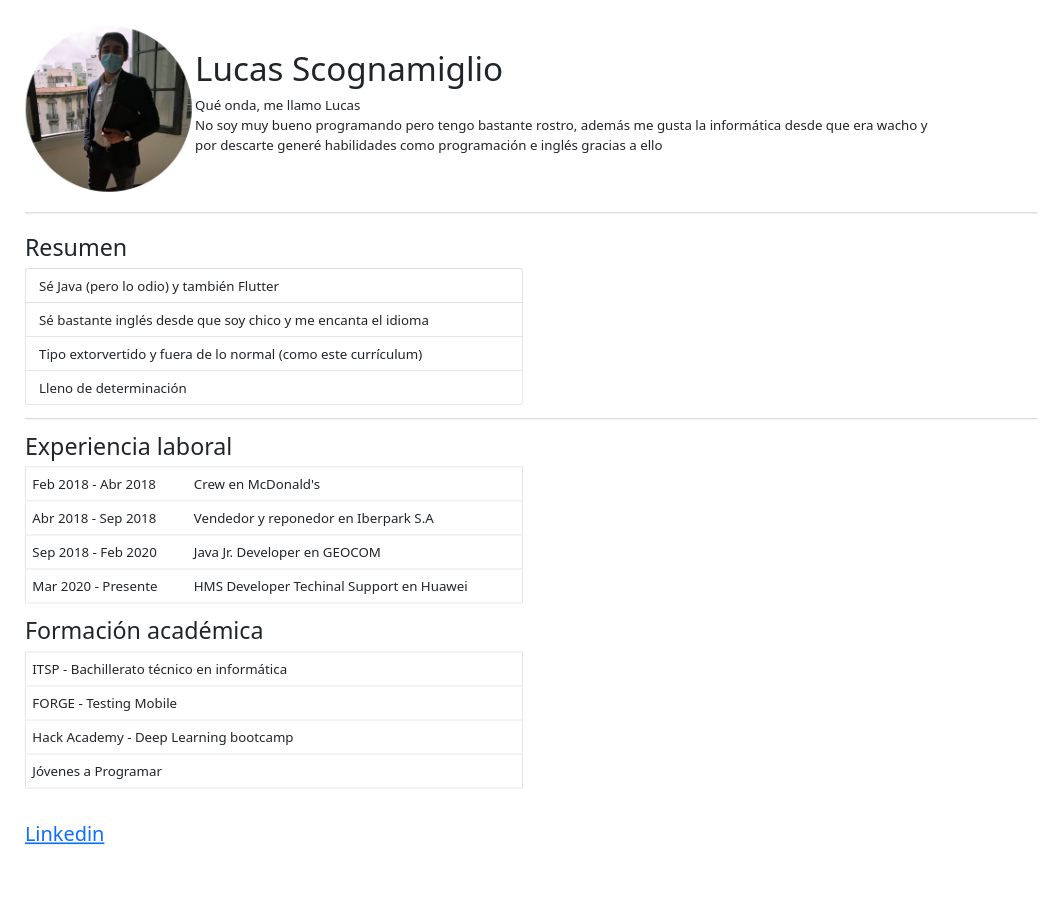
Repository: ScoggoDev/DesarrolloWeb
Page: tarea en equipo 1/cv.html
These files come from the project's save history. The page is drawn as it stood at one moment and after the next save; the edit follows.
The browser window is 1280 px wide. The pictures show the whole page, at 83% of full size.

Above is the page before, as saved 2021-07-12 09:52:37.

### tarea en equipo 1/cv.html
<!DOCTYPE html>
<html>
  <head>
    <meta charset="utf-8">
    <title>CV de Lucas</title>
    <link href="https://cdn.jsdelivr.net/npm/bootstrap@5.0.2/dist/css/bootstrap.min.css" rel="stylesheet" integrity="sha384-EVSTQN3/azprG1Anm3QDgpJLIm9Nao0Yz1ztcQTwFspd3yD65VohhpuuCOmLASjC" crossorigin="anonymous">
    <script src="https://cdn.jsdelivr.net/npm/bootstrap@5.0.2/dist/js/bootstrap.bundle.min.js" integrity="sha384-MrcW6ZMFYlzcLA8Nl+NtUVF0sA7MsXsP1UyJoMp4YLEuNSfAP+JcXn/tWtIaxVXM" crossorigin="anonymous"></script>
  </head>
  <body style="margin: 30px;">
    <table >
      <td><img src="circle-cropped.png" alt="Lucas Scognamiglio" width="200" height="200"></td>
      <td>           </td>
      <td>    <h1>Lucas Scognamiglio</h1>
          <p>Qué onda, me llamo Lucas<br> No soy muy bueno programando pero tengo bastante rostro, además me gusta la informática desde que era wacho y <br>por descarte generé habilidades como programación e inglés gracias a ello <br> </p></td>
    </table>

    <hr class="my-4">
    <h3>Resumen</h3>
    <div style="width: 600px; ">
        <ul class="list-group">
            <li class="list-group-item">Sé Java (pero lo odio) y también Flutter</li>
            <li class="list-group-item">Sé bastante inglés desde que soy chico y me encanta el idioma</li>
            <li class="list-group-item">Tipo extorvertido y fuera de lo normal (como este currículum)</li>
            <li class="list-group-item">Lleno de determinación</li>
          </ul>
    </div>

    <hr>
    <h3>Experiencia laboral</h3>
    <table border="1" class="table" style="width: 600px;">
      <tr>
        <td>Feb 2018 - Abr 2018</td>
        <td>Crew en McDonald's</td>
      </tr>
      <tr>
        <td>Abr 2018 - Sep 2018</td>
        <td>Vendedor y reponedor en Iberpark S.A</td>
      </tr>
      <tr>
        <td>Sep 2018 - Feb 2020</td>
        <td>Java Jr. Developer en GEOCOM</td>
      </tr>
      <tr>
        <td>Mar 2020 - Presente</td>
        <td>HMS Developer Techinal Support en Huawei</td>
      </tr>
    </table>

    <h3>Formación académica</h3>
    <table border="1" class="table" style="width: 600px;">
      <tr>
        <td>ITSP - Bachillerato técnico en informática</td>
      </tr>
      <tr>
        <td>FORGE - Testing Mobile</td>
      </tr>
      <tr>
        <td>Hack Academy - Deep Learning bootcamp</td>
      </tr>
      <tr>
        <td>Jóvenes a Programar</td>
      </tr>
    </table>

    <br>
    <h4><a href="linkedin.com/in/lucas-scognamiglio-71b154162/">Linkedin</a></h4>
    <br>
  </body>
</html>

After the next save:
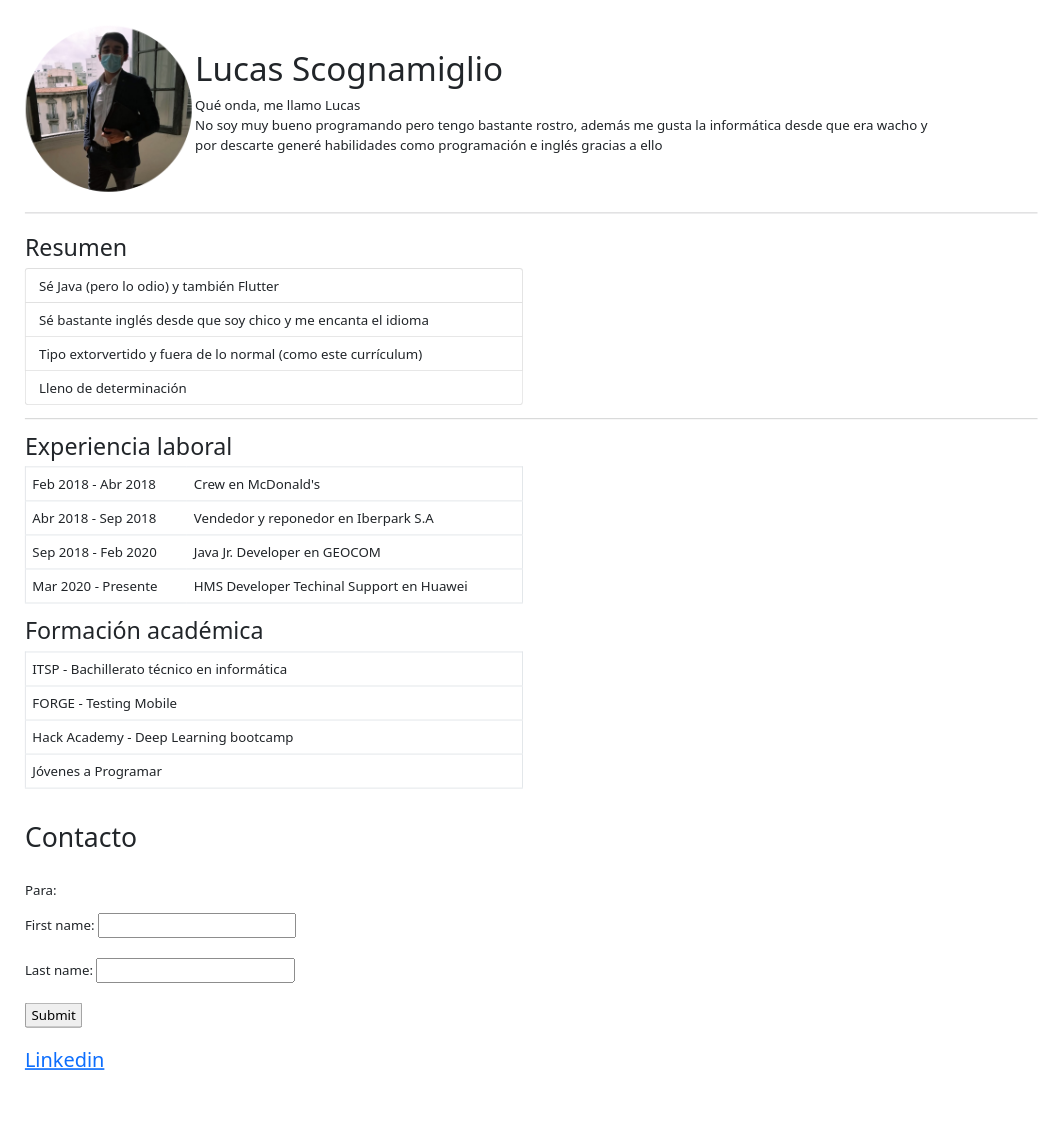
Saved 3 min 16 s later.
--- a/tarea en equipo 1/cv.html
+++ b/tarea en equipo 1/cv.html
@@ -61,7 +61,16 @@
         <td>Jóvenes a Programar</td>
       </tr>
     </table>
-
+    <br>
+    <h2>Contacto</h2>
+    <br>
+    <p>Para:</p><form action="/action_page.php">
+      <label for="fname">First name:</label>
+      <input type="text" id="fname" name="fname"><br><br>
+      <label for="lname">Last name:</label>
+      <input type="text" id="lname" name="lname"><br><br>
+      <input type="submit" value="Submit">
+    </form>
     <br>
     <h4><a href="linkedin.com/in/lucas-scognamiglio-71b154162/">Linkedin</a></h4>
     <br>
